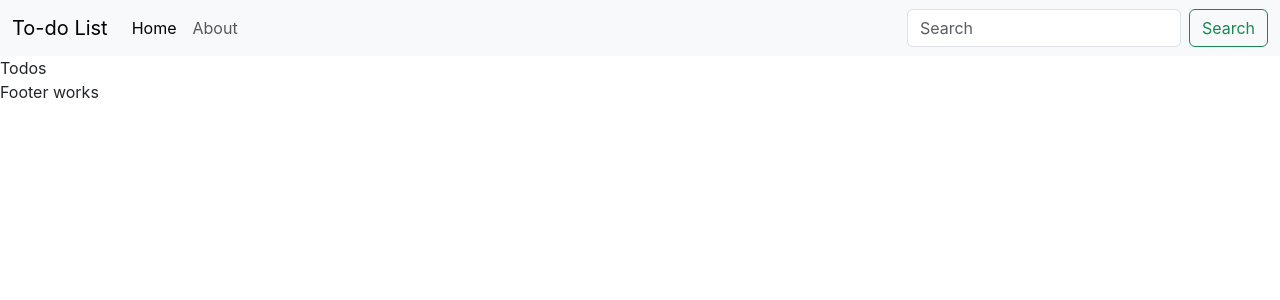
Repository: AshwinUgale/ToDoList
Page: /
These files come from the project's save history. The page is drawn as it stood at one moment and after the next save; the edit follows.
The browser window is 1280 px wide. The pictures show the whole page.
The project was rebuilt for these pictures with package versions that can differ from the ones it lists, and the page was loaded fresh each time. Also part of the build but not shown: src/App.css.

Above is the page before, as saved 2024-12-20 21:17:04.

### public/index.html
<!DOCTYPE html>
<html lang="en">
  <head>
    <meta charset="utf-8" />
    <link rel="icon" href="%PUBLIC_URL%/favicon.ico" />
    <meta name="viewport" content="width=device-width, initial-scale=1" />
    <meta name="theme-color" content="#000000" />
    <meta
      name="description"
      content="Web site created using create-react-app"
    />
    <link rel="apple-touch-icon" href="%PUBLIC_URL%/logo192.png" />

    <link rel="manifest" href="%PUBLIC_URL%/manifest.json" />
    <link href="https://cdn.jsdelivr.net/npm/bootstrap@5.3.3/dist/css/bootstrap.min.css" rel="stylesheet" integrity="sha384-QWTKZyjpPEjISv5WaRU9OFeRpok6YctnYmDr5pNlyT2bRjXh0JMhjY6hW+ALEwIH" crossorigin="anonymous">
    <title>Todos List</title>
  </head>
  <body>
    <noscript>You need to enable JavaScript to run this app.</noscript>
    <div id="root"></div>


  </body>
  <script src="https://cdn.jsdelivr.net/npm/bootstrap@5.3.3/dist/js/bootstrap.bundle.min.js" integrity="sha384-YvpcrYf0tY3lHB60NNkmXc5s9fDVZLESaAA55NDzOxhy9GkcIdslK1eN7N6jIeHz" crossorigin="anonymous"></script>
</html>

### src/App.js
import logo from './logo.svg';
import './App.css';
import Header from './MyComponents/Header';
import {Footer} from "./MyComponents/Footer";
import {Todos} from "./MyComponents/Todos";

function App() {
  return (
    <>
    <Header title="My ToDO List" SearchBar={false}/>
    <Todos/>
    <Footer/>
    </>
  );
}

export default App;

### src/MyComponents/Header.js
import React from 'react'

export default function Header() {
  return (
    <nav className="navbar navbar-expand-lg bg-body-tertiary">
      <div className="container-fluid">
        <a className="navbar-brand" href="#">To-do List</a>
        <button
          className="navbar-toggler"
          type="button"
          data-bs-toggle="collapse"
          data-bs-target="#navbarSupportedContent"
          aria-controls="navbarSupportedContent"
          aria-expanded="false"
          aria-label="Toggle navigation"
        >
          <span className="navbar-toggler-icon"></span>
        </button>
        <div className="collapse navbar-collapse" id="navbarSupportedContent">
          <ul className="navbar-nav me-auto mb-2 mb-lg-0">
            <li className="nav-item">
              <a className="nav-link active" aria-current="page" href="#">Home</a>
            </li>
            <li className="nav-item">
              <a className="nav-link" href="#">About</a>
            </li>

          </ul>
          <form className="d-flex" role="search">
            <input
              className="form-control me-2"
              type="search"
              placeholder="Search"
              aria-label="Search"
            />
            <button className="btn btn-outline-success" type="submit">
              Search
            </button>
          </form>
        </div>
      </div>
    </nav>
  )
}

### src/MyComponents/Footer.js
import React from 'react'

export const Footer = () => {
  return (
    <div>
        Footer works
    </div>
  )
}

### src/MyComponents/Todos.js
import React from 'react'

export const Todos = () => {
  return (
    <div>
        Todos
    </div>
  )
}

Loaded but not shown: src/index.js (common file); src/index.css (common file); src/reportWebVitals.js (common file)

After the next save:
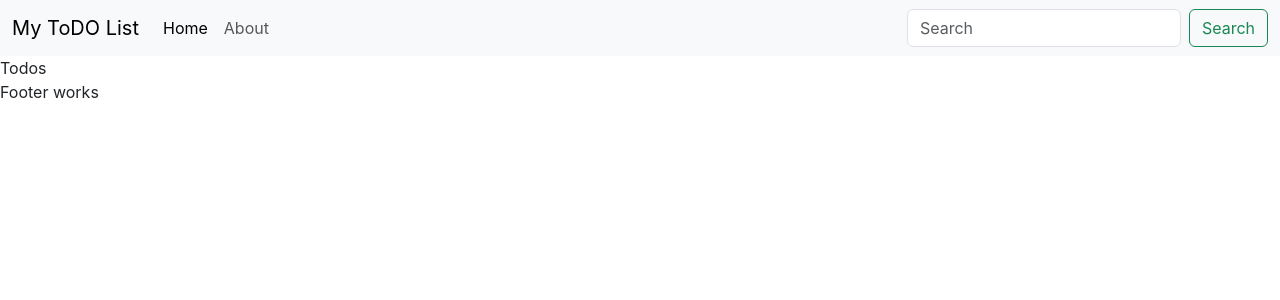
Saved 59 s later.
--- a/src/MyComponents/Header.js
+++ b/src/MyComponents/Header.js
@@ -1,10 +1,10 @@
 import React from 'react'
 
-export default function Header() {
+export default function Header(Props) {
   return (
     <nav className="navbar navbar-expand-lg bg-body-tertiary">
       <div className="container-fluid">
-        <a className="navbar-brand" href="#">To-do List</a>
+        <a className="navbar-brand" href="#">{Props.title}</a>
         <button
           className="navbar-toggler"
           type="button"
